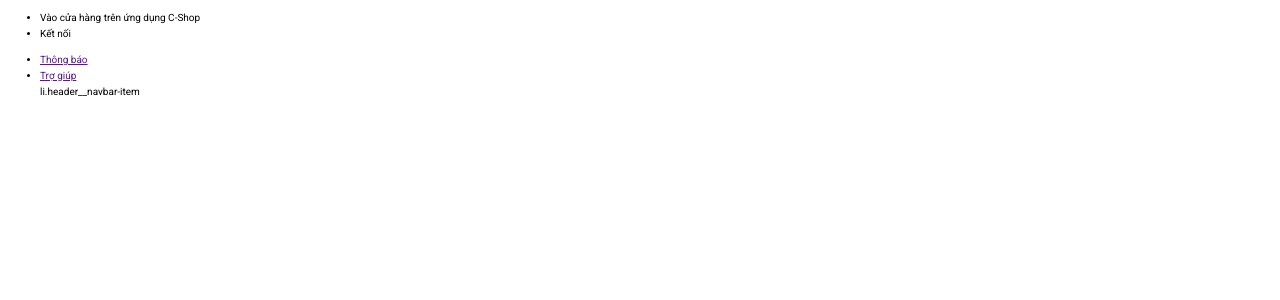
Repository: PhuVinh268/Shopee
Page: index.html
These files come from the project's save history. The page is drawn as it stood at one moment and after the next save; the edit follows.
The browser window is 1280 px wide. The pictures show the whole page.

Above is the page before, as saved 2022-04-25 12:41:43.

After the next save:
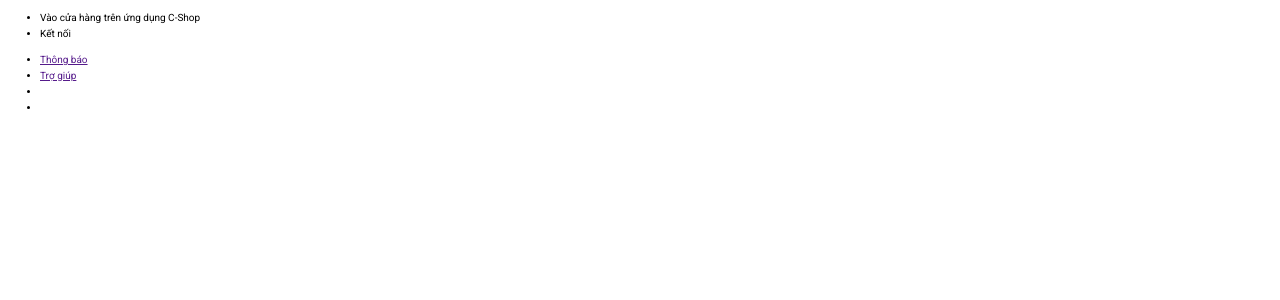
Saved 7 s later.
--- a/index.html
+++ b/index.html
@@ -26,7 +26,8 @@
             <li class="header__navbar-item">
               <a href="" class="header__navbar-item-link">Trợ giúp</a>
             </li>
-            li.header__navbar-item
+            <li class="header__navbar-item"></li>
+            <li class="header__navbar-item"></li>
           </ul>
         </nav>
     </header>
